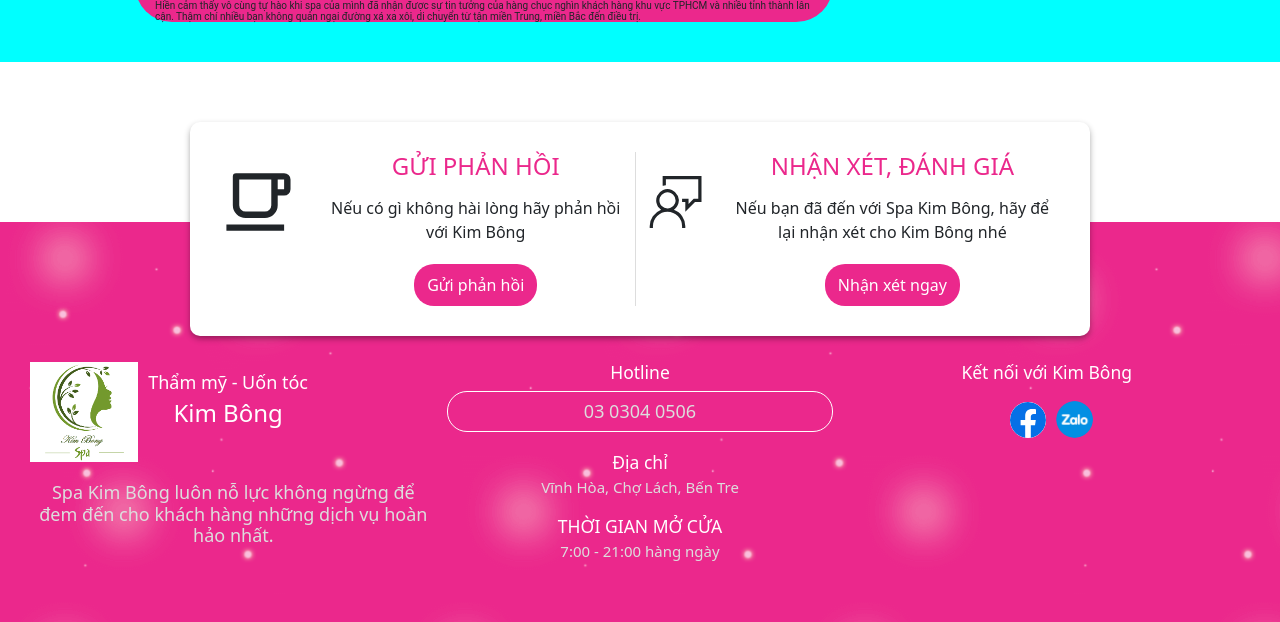
Repository: tranduykhuong/SpaKimBong
Page: /about
The author's editor kept a copy of each file at every save. The page is drawn from the files as they stood at one save, then again after the next save.
The browser window is 1280 px wide. The pictures show the part of the page from y = 938 to 1580 px (the page is 1560 px tall before and 1580 px after).
The project was rebuilt for these pictures with package versions that can differ from the ones it lists, and the page was loaded fresh each time. Also part of the build but not shown: src/components/Header/Slider/slider.scss, src/components/Header/Slider/Slider.js, src/components/Header/ListImage/listImage.scss, src/components/Header/ListImage/ListImage.js, src/pages/Home/home.scss, src/pages/Home/ListImage/listImage.scss, src/pages/Home/ListImage/ListImage.js, src/pages/Home/BookOnline/bookOnl.scss and 6 more.

Above is the page before, as saved 2022-06-02 21:44:14.

After the next save:
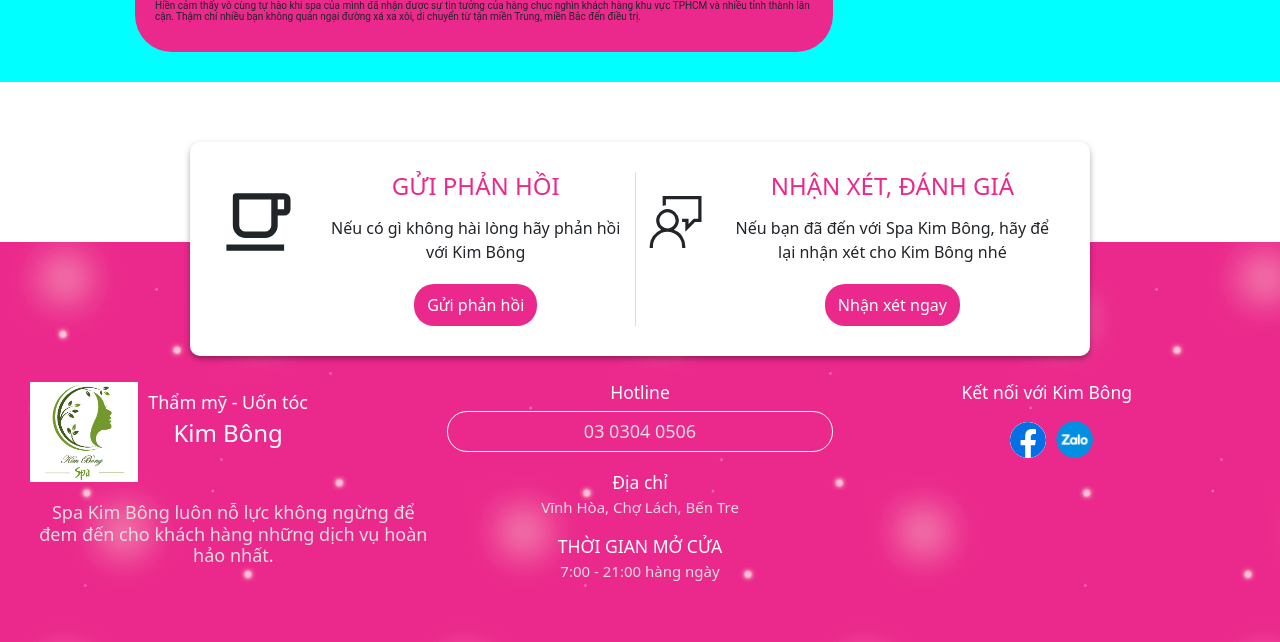
Saved 17 s later.
--- a/src/pages/About/About.scss
+++ b/src/pages/About/About.scss
@@ -45,7 +45,7 @@
 
           .box-content{
             font: 16px Roboto, sans-serif;
-            padding: 0 20px 0 20px;
+            padding: 0 20px 20px 20px;
 
           }
         }
